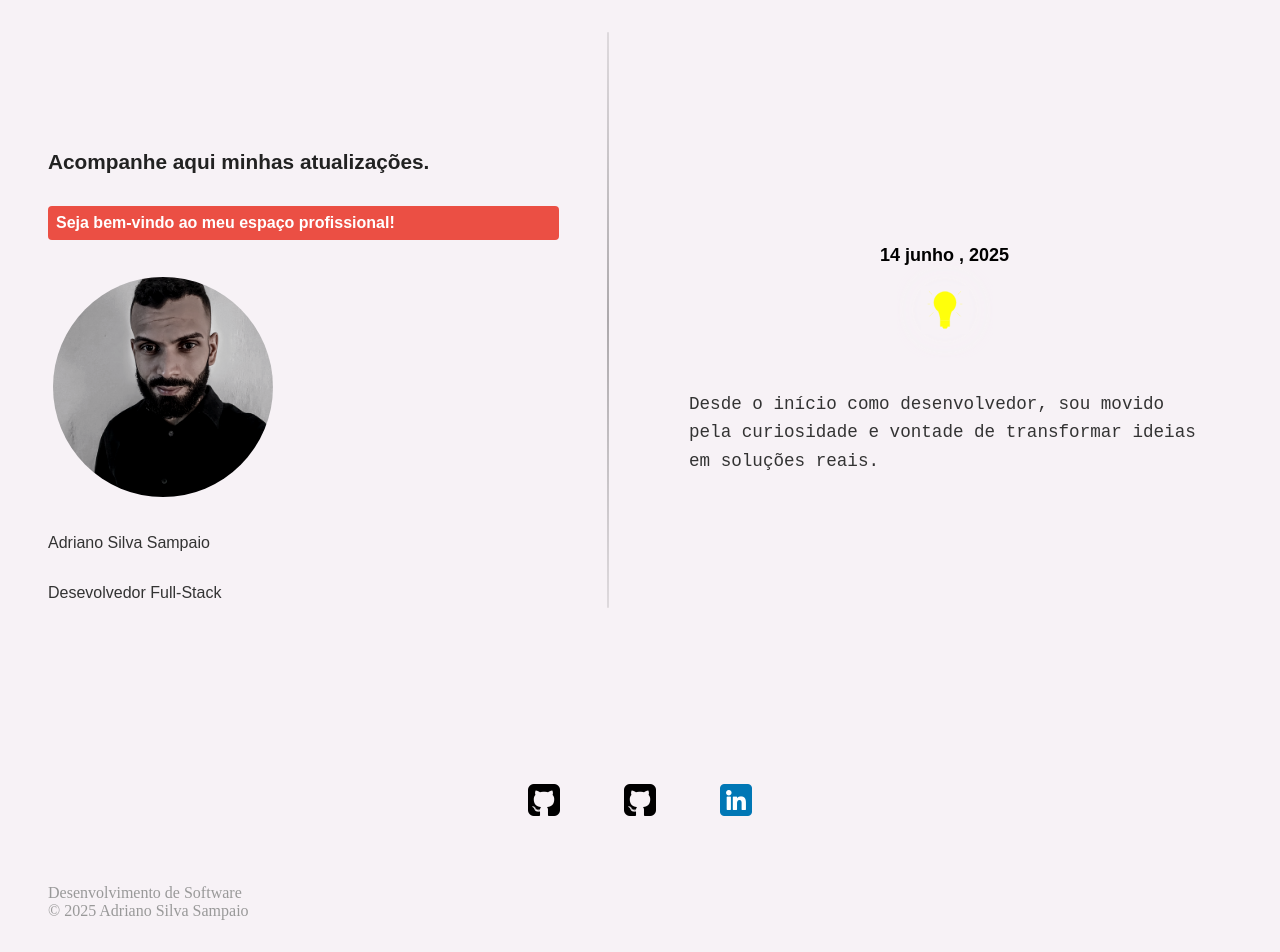
Repository: umdevadriano/portifolio2025
Page: /
The author's editor kept a copy of each file at every save. The page is drawn from the files as they stood at one save, then again after the next save.
The browser window is 1280 px wide. The pictures show the whole page.
The project was rebuilt for these pictures with package versions that can differ from the ones it lists, and the page was loaded fresh each time. Also part of the build but not shown: vite.config.ts.

Above is the page before, as saved 2025-06-29 21:24:25.

### index.html
<!doctype html>
<html lang="en">
  <head>
    <meta charset="UTF-8" />
    <!-- <link rel="icon" type="image/svg+xml" href="/vite.svg" /> -->
    <meta name="viewport" content="width=device-width, initial-scale=1.0" />
    <title>Adriano Silva Sampaio </title>
  </head>
  <body>
    <div id="root"></div>
    <script type="module" src="/src/main.tsx"></script>
  </body>
</html>

### src/App.tsx
import './App.css'
import ContainerPrincipal from './componentes/containerPrincipal/ContainerPrincipal'
function App() {
  return (
    <>
      <ContainerPrincipal/>
    </>
  )
}

export default App

### src/componentes/containerPrincipal/ContainerPrincipal.tsx
import styled, { createGlobalStyle } from 'styled-components';
import Body from '../Body/Body';
import Footer from '../Footer/Footer';
import RedesSociais from '../redesSociais/redesSociais';
import github from '../redesSociais/github.png';
import linkedin from '../redesSociais/linkedin.png';
// import ProfessionalStory from '../ProfessionalStory/ProfessionalStory';

const data = new Date();
const ano = data.getFullYear();
function ContainerPrincipal() {

  const redes = [
    { src: github, link: 'https://github.com/adrianodisam' },
    { src: github, link: 'https://github.com/umdevadriano' },
    { src: linkedin, link: 'https://www.linkedin.com/in/adriano-silva-sampaio/' }
  ];
  const GlobalStyle = createGlobalStyle`
    *, *::before, *::after {
    box-sizing: border-box;
    background-color: #f7f2f6;
    margin: 1rem;
  }

    html, body {
      margin: 0;
      padding: 0;
      overflow-x: hidden;
      width: 100%;
    }
  `;

  const Principal = styled.div`
    display: flex;
    justify-content: center;
    width: 100%;
    height: 100vh;
    font-family: 'Arial', sans-serif;
    overflow: hidden;
    margin: 0;
    padding: 0;

    @media (max-width: 768px) {
      display: flex;
      flex-direction: column;
      justify-items: center;
      justify-content: center;
      align-items: center;
    }


  `;
  return (
    <>
      <GlobalStyle />
      <Principal>
        <Body/>
      </Principal>
      <RedesSociais redes={redes}/>
      {/* <ProfessionalStory/> */}
      <Footer>Desenvolvimento de Software<br />© {ano} Adriano Silva Sampaio</Footer>
    </>
  )
}
export default ContainerPrincipal

### src/componentes/Body/Body.tsx
import Principal from '../Principal/Principal';
import Title from '../Title/Title';
import Banner from '../Banner/Banner';
import ProfileWrapper from '../ProfileWrapper/ProfileWrapper';
import Profile from '../Profile/Profile';
import Role from '../Role/Role';
import Divider from '../Divider/Divider';
import RightSide from '../RightSide/RightSide';
import DateComponente from '../DateComponente/DateComponente';
import EmDesenvolvimento from '../EmDesenvolvimentoWrapper/EmDesenvolvimentoWrapper ';
import LampadaAnimada from '../LampadaAnimada/LampadaAnimada';
const data = new Date();
const dia = String(data.getDate()).padStart(2, '0');
const mes = data.toLocaleString('pt-BR', { month: 'long' });
const ano = data.getFullYear();

function Cabecalho() {
  return (
    <>
      <Principal>
        <Title>Acompanhe aqui minhas atualizações.</Title>
        <Banner>Seja bem-vindo ao meu espaço profissional!</Banner>
        <ProfileWrapper>
          <Profile/>
        </ProfileWrapper>
        <Role> Adriano Silva Sampaio</Role>
        <Role> Desevolvedor  Full-Stack </Role>
      </Principal>
      <Divider />
      <RightSide>
        <DateComponente>{dia}  {mes} , {ano} </DateComponente>
        <LampadaAnimada/>
        <EmDesenvolvimento/>
      </RightSide>
    </>
  )
}
export default Cabecalho

### src/componentes/Footer/Footer.tsx
import styled from 'styled-components';

type Props = {
  children: React.ReactNode;
};

function Footer({ children }: Props){

    const FooterP = styled.p`
        font-size: 1rem;
        color: #999;
        /* margin-top: auto; */
    `;
    const FooterDiv = styled.div`
       display: flex;
       justify-content: left;
       align-items: center;
    `;
    return (
        <>
            <FooterDiv>
                <FooterP>{children}</FooterP>
            </FooterDiv>
        </>
    )
}

export default Footer

### src/componentes/redesSociais/redesSociais.tsx
import styled from 'styled-components';

type RedeSocial = {
  src: string;
  link: string;
};

type Props = {
  redes: RedeSocial[];
};

const RedesSociaisDiv = styled.div`
  flex: 1;
  display: flex;
  justify-content: center;
  align-items: center;

  img {
    width: 2rem;
    height: 2rem;
    object-fit: contain;
    transition: transform 0.2s;
  }

  a:hover img {
    transform: scale(1.1);
  }
`;

function RedesSociais({ redes }: Props) {
  return (
    <RedesSociaisDiv>
      {redes.map((rede, index) => (
        <a
          key={index}
          href={rede.link}
          target="_blank"
          rel="noopener noreferrer"
        >
          <img src={rede.src} alt={`Ícone ${index + 1}`} />
        </a>
      ))}
    </RedesSociaisDiv>
  );
}

export default RedesSociais;

### src/componentes/Principal/Principal.tsx
import styled from 'styled-components';

type Props = {
  children: React.ReactNode;
};

function Principal({ children }: Props){

    const Principal_div = styled.div`
        flex: 1;
        display: flex;
        flex-direction: column;
        justify-content: center;
    `;
    return (
        <>
        <Principal_div>  {children}</Principal_div>
        </>
    )
}

export default Principal

### src/componentes/Title/Title.tsx
import styled from 'styled-components';

type Props = {
  children: React.ReactNode;
};

function Title({ children }: Props){

    const TitleH2 = styled.h2`
        font-size: 1.3rem;
        margin-bottom: 1rem;
        color: #222;

        @media (max-width: 768px) {
          margin-top: 5rem;
        }
  `;
    return (
        <>
        <TitleH2>{children}</TitleH2>
        </>
    )
}

export default Title

### src/componentes/Banner/Banner.tsx
import styled from 'styled-components';

type Props = {
  children: React.ReactNode;
};

function Banner({ children }: Props){

    const BannerDiv = styled.div`
        background-color: #eb4f44;
        color: white;
        padding: 0.5rem;
        font-weight: bold;
        font-size: 16px;
        display: inline-block;
        border-radius: 4px;
    `;
    return (
        <>
        <BannerDiv>{children}</BannerDiv>
        </>
    )
}

export default Banner

### src/componentes/ProfileWrapper/ProfileWrapper.tsx
import styled from 'styled-components';

type Props = {
  children: React.ReactNode;
};

function ProfileWrapper({ children }: Props){

  // Wrapper da imagem com efeito de borda girando
  const ProfileWrapperDiv = styled.div`
    position: relative;
    width: 230px;
    height: 230px;
    display: flex;
    align-items: center;
    margin-top:1rem;
    justify-content: center;
  `;

    return (
        <>
        <ProfileWrapperDiv>{children}</ProfileWrapperDiv>
        </>
    )
}

export default ProfileWrapper

### src/componentes/Profile/Profile.tsx
import styled from 'styled-components';
import foto from '../assets/foto2.png'

function Profile(){

    const ProfileImg = styled.img`
        width: 220px;
        height: 220px;
        border-radius: 50%;
        object-fit: cover;
        background-color: white;
        z-index: 1;
        filter: grayscale(60%) contrast(110%);
        @media (max-width: 768px) {
            width: 200px;
            height: 200px;
        }
        @media (max-width: 480px) {
            width: 200px;
            height: 200px;
        }
    `;
    return (
        <>
        <ProfileImg src={foto} alt="Foto de perfil"></ProfileImg>
        </>
    )
}

export default Profile

### src/componentes/Role/Role.tsx
import styled from 'styled-components';

type Props = {
  children: React.ReactNode;
};

function Role({ children }: Props){
    const RoleP = styled.p`
        font-size: 16px;
        font-weight: 500;
        color: #333;
    `;
    return (
        <>
        <RoleP>{children}</RoleP>
        </>
    )
}
export default Role

### src/componentes/Divider/Divider.tsx
import styled from 'styled-components';

function Divider(){

    const DividerDiv = styled.div`
        width: 2px;
        height: 80%;
        background: linear-gradient(
            to bottom,
            rgba(0, 0, 0, 0.1),
            rgba(0, 0, 0, 0.3),
            rgba(0, 0, 0, 0.1)
        );
        border-radius: 1px;
        position: relative;
        overflow: hidden;
        &::after {
            content: "";
            position: absolute;
            top: 0;
            left: 0;
            width: 100%;
            height: 100%;
            background: linear-gradient(
                to bottom,
                transparent 40%,
                rgba(255, 255, 255, 0.7) 50%,
                transparent 60%
            );
                animation: shine 3.8s linear infinite;
                pointer-events: none;
         }

        @keyframes shine {
            0% {
            transform: translateY(-100%);
            }
            100% {
            transform: translateY(100%);
            }
        }
    `;
    return (
        <>
        <DividerDiv></DividerDiv>
        </>
    )
}

export default Divider

### src/componentes/RightSide/RightSide.tsx
import styled from 'styled-components';
type Props = {
  children: React.ReactNode;
};

function RightSide({ children }: Props){
    const RightSideDiv = styled.div`
        flex: 1;
        padding: 2rem;
        display: flex;
        flex-direction: column;
        justify-content: center;
        align-items: center;
    `;

    return (
        <>
        <RightSideDiv>{children}</RightSideDiv>
        </>
    )
}

export default RightSide

### src/componentes/DateComponente/DateComponente.tsx
import styled from 'styled-components';
type Props = {
  children: React.ReactNode;
};
function Date({ children }: Props){
    const DateP = styled.p`
        font-size: 18px;
        font-weight: bold;
        margin-bottom: 12px;
        padding: 0.5rem;
    `;
    return (
        <>
        <DateP>{children}</DateP>
        </>
    )
}
export default Date

### src/componentes/EmDesenvolvimentoWrapper/EmDesenvolvimentoWrapper .tsx
import { useEffect, useState } from 'react';
import styled, { keyframes } from 'styled-components';

const slideIn = keyframes`
  from {
    opacity: 0;
    transform: translateX(100%);
  }
  to {
    opacity: 1;
    transform: translateX(0);
  }
`;

const Container = styled.div`
  width: 100%;
  max-width: 800px;
  margin: 40px auto;
  padding: 16px;
  box-sizing: border-box;

  font-family: 'Courier New', Courier, monospace;
  font-size: 1.1rem;
  color: #333;
  line-height: 1.6;

  white-space: normal;
  overflow-wrap: break-word;
  word-break: break-word;

  animation: ${slideIn} 0.8s ease-out forwards;

  @media (max-width: 600px) {
    font-size: 1rem;
    padding: 12px;
  }
`;

const texto = `Desde o início como desenvolvedor, sou movido pela curiosidade e vontade de transformar ideias em soluções reais.`;
// const texto2 = ` Meu GitHub reflete essa jornada com projetos práticos e focados em evolução contínua.`;

export default function EmDesenvolvimento() {
  const [mostrar, setMostrar] = useState(false);

  useEffect(() => {
    const timer = setTimeout(() => {
      setMostrar(true);
    }, 100); // atraso sutil

    return () => clearTimeout(timer);
  }, []);

  return mostrar ? <Container>{texto}</Container>  : null;
}

### src/componentes/LampadaAnimada/LampadaAnimada.tsx
import React from "react";
import styled, { keyframes } from "styled-components";

interface LuzProps {
  className?: string;
}

const glowAnimation = keyframes`
  0%, 100% {
    filter: url(#glow);
    opacity: 0.5;
  }
  50% {
    filter: url(#glow);
    opacity: 1;
  }
`;

const SvgLamp = styled.svg`
  width: 3rem;
  height: 3rem;
  cursor: pointer;
  display: block;
  margin: 0 auto;
  animation: ${glowAnimation} 4s ease-in-out infinite;
  background-color: #f7f2f6;

  .st0 {
   fill:#ffff00;
     stroke-width: 10;
  }
  .st1 {
     stroke: #ffff00;
    stroke-width: 10;
    fill: none;
    transition: stroke 0.3s ease;
  }
`;

const LampadaAnimada: React.FC<LuzProps> = ({ className }) => {
  return (
    <SvgLamp
      xmlns="http://www.w3.org/2000/svg"
      viewBox="0 0 1920 1920"
      className={className}
    >
      <defs>
        <filter id="glow" height="200%" width="200%" x="-50%" y="-50%">
          <feDropShadow
            dx="0"
            dy="0"
            stdDeviation="20"
            floodColor="#f7f2f6"
            floodOpacity="0.7"
          />
        </filter>
      </defs>

      <path
        className="st0"
        d="M1407.3 664.2c0 73.7-17.8 143.3-49.4 204.6-31.6 61.3-76.9 114.4-131.9 155.1 0 0-78 193.7-78 344.1H772.1c0-75.2-19.5-161.2-39-228.4-19.5-67.2-39-115.6-39-115.6-110-81.5-181.4-212.3-181.4-359.7C512.7 417.3 713 217 960 217s447.3 200.2 447.3 447.2z"
      />
      <path
        className="st0"
        d="M1057.3 1615.8v23.7c0 35-28.6 63.6-63.6 63.6h-67.5c-35 0-63.6-28.6-63.6-63.6v-23.7h194.7zm-285.2-82.6v82.6h375.4v-82.6H772.1zm0-82.6v82.6h375.3v-82.6H772.1zM960 1368H772.1v82.6h375.3V1368H960z"
      />
      <g>
        <g>
          <path
            className="st1"
            d="M1147.5 1368h.4c0-150.3 78-344.1 78-344.1 55-40.7 100.4-93.8 131.9-155.1 31.6-61.3 49.4-130.9 49.4-204.6 0-247-200.3-447.3-447.3-447.3S512.7 417.2 512.7 664.2c0 147.4 71.3 278.2 181.4 359.7 0 0 19.5 48.4 39 115.6 19.5 67.2 39 153.2 39 228.4h375.4z"
          />
          <path className="st1" d="M772.1 1368v247.8h375.4V1368" />
          <path className="st1" d="M772.1 1450.6h375.4" />
          <path className="st1" d="M772.1 1533.2h375.4" />
          <path
            className="st1"
            d="M862.7 1615.8v23.7c0 35 28.6 63.6 63.6 63.6h67.5c35 0 63.6-28.6 63.6-63.6v-23.7"
          />
          <path className="st1" d="M267.3 722.8h96" />
          <path className="st1" d="M498.3 1052.8l-160.5 160.5" />
          <path className="st1" d="M448.8 341.8L315.3 208.2" />
          <path className="st1" d="M1652.7 722.8h-96" />
          <path className="st1" d="M1421.7 1052.8l160.5 160.5" />
          <path className="st1" d="M1471.2 341.8l133.5-133.6" />
        </g>
      </g>
    </SvgLamp>
  );
};

export default LampadaAnimada;

Loaded but not shown: src/main.tsx (common file); src/App.css (no stored copy; drawn as an empty file); src/index.css (no stored copy; drawn as an empty file)

After the next save:
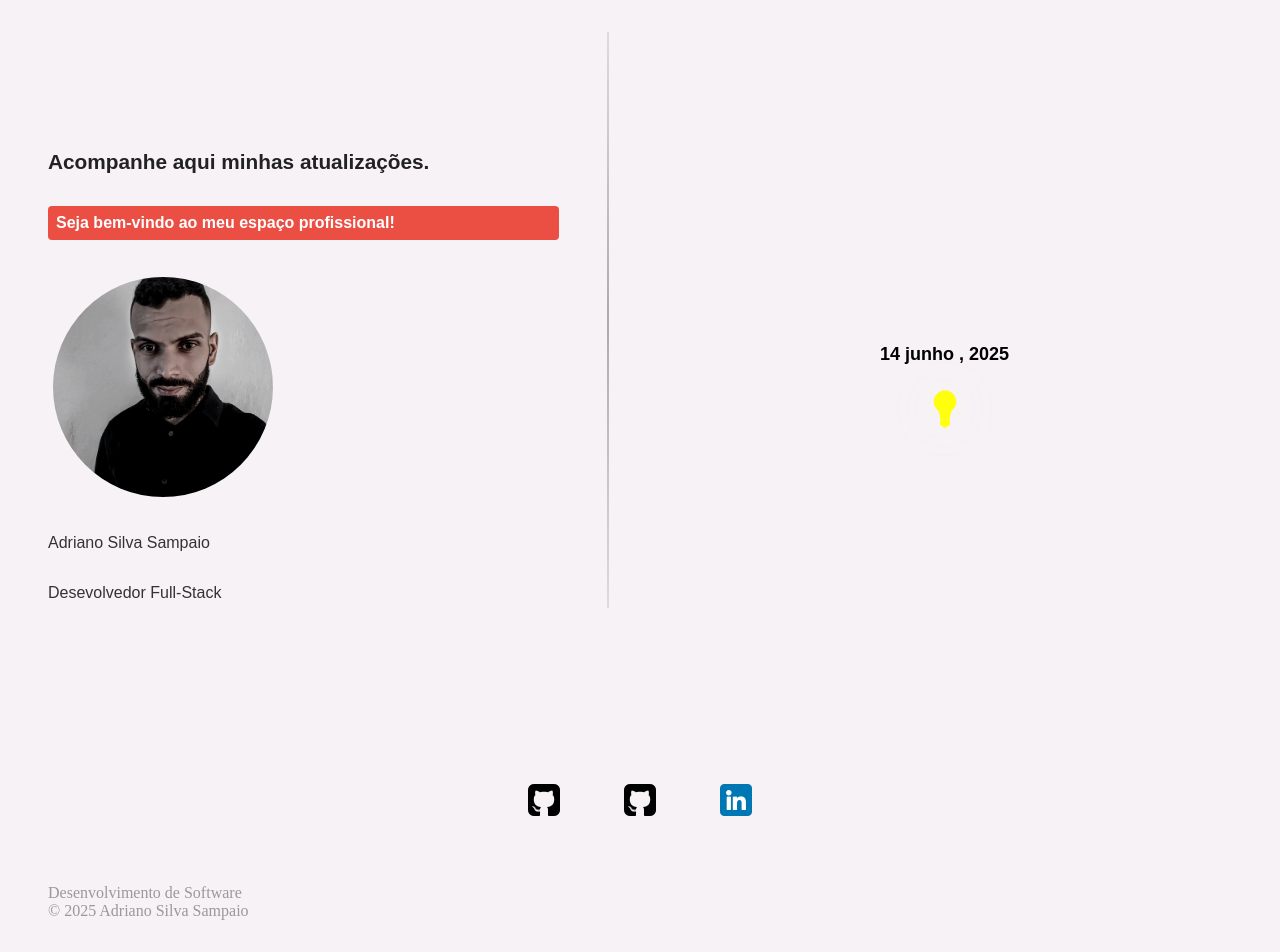
Saved 52 s later.
--- a/src/componentes/Body/Body.tsx
+++ b/src/componentes/Body/Body.tsx
@@ -30,7 +30,7 @@ function Cabecalho() {
       <RightSide>
         <DateComponente>{dia}  {mes} , {ano} </DateComponente>
         <LampadaAnimada/>
-        <EmDesenvolvimento/>
+        {/* <EmDesenvolvimento/> */}
       </RightSide>
     </>
   )
